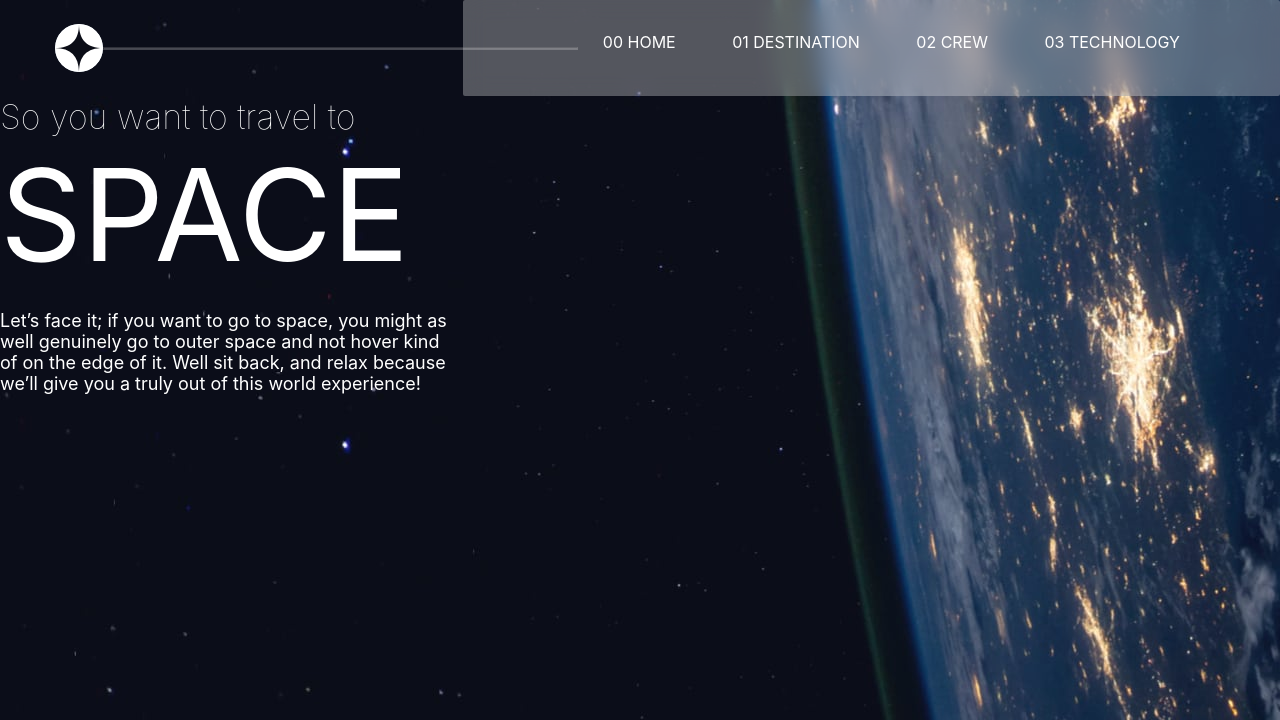
Repository: jhonenmanuel1/FrontEndMentor-MultiPageSpace
Page: /
These files come from the project's save history. The page is drawn as it stood at one moment and after the next save; the edit follows.
The browser window is 1280 px wide. The pictures show the whole page.
The project was rebuilt for these pictures with package versions that can differ from the ones it lists, and the page was loaded fresh each time.

Above is the page before, as saved 2022-06-21 16:41:41.

### src/App.js
import './App.css';
import HeaderView from './components/header';
import HomeView from './views/home';


function App() {
  return (
    <div className="App">
      <HeaderView/>
      <HomeView/>

    </div>
  );
}

export default App;

### src/App.css
body{
    background-image: url("../src/components/Images/home/background-home-desktop.jpg");
    background-color: #cccccc;


}

### src/components/header.js
import styles from "../styles/header.module.css"

const HeaderView = ()=>{

    return(
        <div className={styles.wraper}>
            <div className={styles.headerLogo}>
            <svg xmlns="http://www.w3.org/2000/svg" width="48" height="48"><g fill="none" fill-rule="evenodd"><circle cx="24" cy="24" r="24" fill="#FFF"/><path fill="#0B0D17" d="M24 0c0 16-8 24-24 24 15.718.114 23.718 8.114 24 24 0-16 8-24 24-24-16 0-24-8-24-24z"/></g></svg>
            </div>
            <div className={styles.headerLine}>
                <hr />
            </div>
            <div className={styles.headerMenu}>
                 <ul>
                    <li> 00 HOME</li>
                    <li> 01 DESTINATION </li>
                    <li> 02 CREW </li>
                    <li className={styles.lastList}> 03 TECHNOLOGY</li>

                </ul>
            </div>

        </div>
    )
}
export default HeaderView;

### src/views/home.js
import React from "react";
import styles from "../styles/homeview.module.css"

export default function HomeView(){
    return<>
        <div className={styles.homeSpaceTarget}>
            <div>
                <h3 className={styles.homeSpaceTargeth3}>So you want to travel to</h3>
                <h1 className={styles.homeSpaceTargeth1}>SPACE </h1>
                <p className={styles.homeSpaceTargetp}>Let’s face it; if you want to go to space, you might as well genuinely go to outer space and not hover kind of on the edge of it. Well sit back, and relax because we’ll give you a truly out of this world experience!</p>
            </div>
        </div>
    </>
}

### src/styles/header.module.css
.wraper {
    display: flex;
    justify-content: space-between;


    background-position: center center;
    background-repeat: no-repeat;
    background-size: cover


}
.headerLogo{
    display: flex;
    justify-content: center;
    align-items: center;


}
.headerLogo svg {
    background-color: aliceblue;
    border-radius: 100%;
    height: 48px;
    width: 48px;
    margin-left: 55px;
}

.headerMenu{
    background-color: rgba(255, 255, 255, 0.3);
    border-radius: 2px;
    text-align: center;
    backdrop-filter: blur(12px);
    -webkit-backdrop-filter: blur(10px);
    width: 830px;
    height: 96px;



}

.headerMenu ul {
    display: flex;
    justify-content:  space-between;
    align-items: center;
    padding-right: 100px;
    margin-left: 100px;
    margin-top: 32px;
    color: white;


}
.headerMenu ul li {
    text-decoration: none;
    list-style: none;

}

.headerLogo{
    color: white;

}
.headerLine {
    display: flex;
    justify-content: center;
    align-items: center;
    margin-right: -9%;
    z-index: 1;

}
.headerLine hr {
    height: 1px;
    background-color: white;
    color: white;
    width: 473px;
    opacity:  25.15%;

}

### src/styles/homeview.module.css
body{
    color: white;
}
.homeSpaceTarget{
    max-width: 461.76px;
    display: flex;
    justify-content: center;
    align-items: center;
    margin: 0px;
}

.homeSpaceTargeth3 {
    font-weight: 1;
    font-size: 34px;
    margin: 0px;
}
.homeSpaceTargeth1{
    font-weight: 400;
    font-size: 128px;
    margin: 0px;
}
.homeSpaceTargetp{
    font-size: 18px;
}

Loaded but not shown: public/index.html (common file); src/index.js (common file); src/index.css (common file); src/reportWebVitals.js (common file)

After the next save:
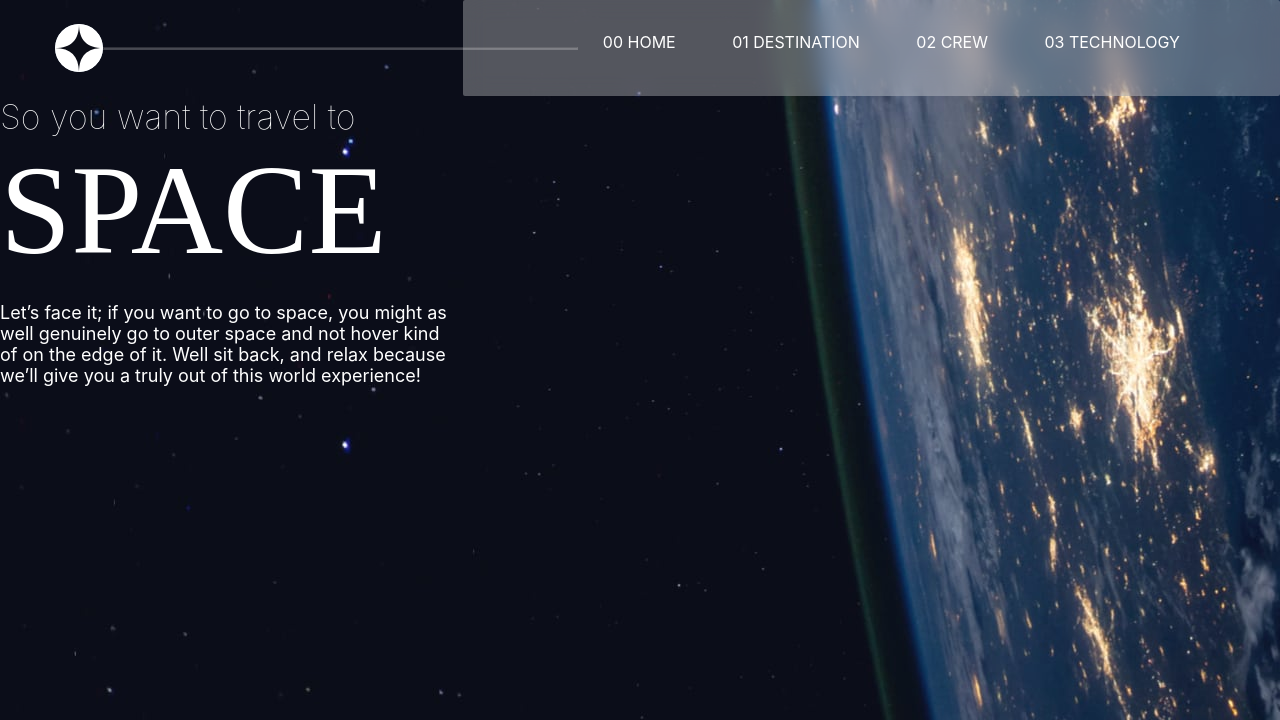
Saved 4 s later.
--- a/src/styles/homeview.module.css
+++ b/src/styles/homeview.module.css
@@ -16,6 +16,7 @@ body{
 }
 .homeSpaceTargeth1{
     font-weight: 400;
+    font-family: 'Bellefair';
     font-size: 128px;
     margin: 0px;
 }
